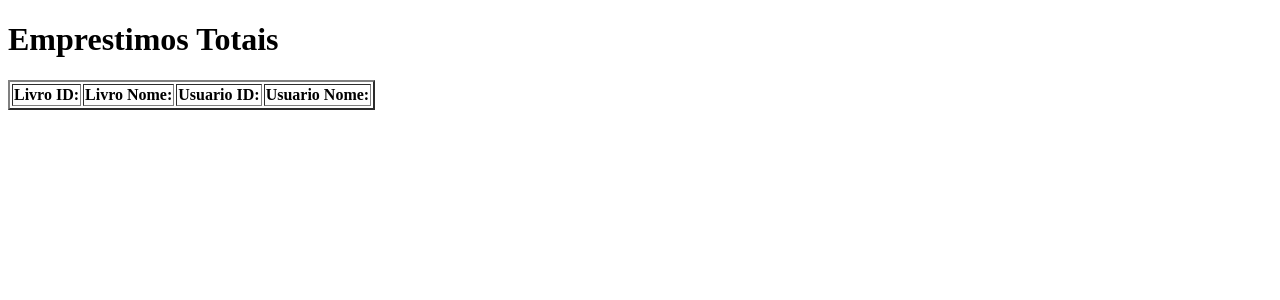
Repository: lmsmorais/ProjectEpiousion
Page: http://localhost/LibraryProject/EmprestimosTotais
These files come from the project's save history. The page is drawn as it stood at one moment and after the next save; the edit follows.
The browser window is 1280 px wide. The pictures show the whole page.
The page is served by Tomcat 9. Other server files are loaded and not shown. Queries for data that is not in the repository find no rows.

Above is the page before, as saved 2020-11-12 17:13:12.

### LibraryProject/WebContent/emprestimosTotais.jsp
<%@ page language="java" contentType="text/html; charset=ISO-8859-1"
    pageEncoding="ISO-8859-1" %>
<!DOCTYPE html>
<%@taglib prefix="c" uri="http://java.sun.com/jsp/jstl/core"%>
<html>
    <head>
        <title>Emprestimos Totais</title>
        <meta charset='UTF-8'>
    </head>
    <body>
        <h1>Emprestimos Totais</h1>
			<table border="2">
					<tr>
						<th>Livro ID:</th>
						<th>Livro Nome:</th>
						<th>Usuario ID:</th>
						<th>Usuario Nome:</th>
					</tr>
	            <c:forEach var="emprestimos" items="${listaEmprestimos}">
	                <tr>
	                    <td><c:out value="${emprestimos.idLivro}"/></td>
	                    <td><c:out value="${emprestimos.nomeLivro}"/></td>
	                    <td><c:out value="${emprestimos.idUsuario}"/></td>
	                    <td><c:out value="${emprestimos.nomeUsuario}"/></td>
	                </tr>
	            </c:forEach>
			</table>
    </body>
</html>

### LibraryProject/src/br/com/epiousion/controller/EmprestimosTotais.java
package br.com.epiousion.controller;

import java.io.IOException;
import java.util.List;

import javax.servlet.RequestDispatcher;
import javax.servlet.ServletException;
import javax.servlet.annotation.WebServlet;
import javax.servlet.http.HttpServlet;
import javax.servlet.http.HttpServletRequest;
import javax.servlet.http.HttpServletResponse;

import br.com.epiousion.bean.Emprestimo;
import br.com.epiousion.dao.EmprestimoDAO;

/**
 * Servlet implementation class EmprestimosTotais
 */
@WebServlet("/EmprestimosTotais")
public class EmprestimosTotais extends HttpServlet {
	private static final long serialVersionUID = 1L;

    /**
     * @see HttpServlet#HttpServlet()
     */
    public EmprestimosTotais() {
        super();
        // TODO Auto-generated constructor stub
    }

	/**
	 * @see HttpServlet#doGet(HttpServletRequest request, HttpServletResponse response)
	 */
	protected void doGet(HttpServletRequest request, HttpServletResponse response) throws ServletException, IOException {
		EmprestimoDAO emprestimos = new EmprestimoDAO();
        List<Emprestimo> emprestimosTotais = null;
        try {
        	emprestimosTotais = emprestimos.emprestimosTotais();

            request.setAttribute("listaEmprestimos", emprestimosTotais);
            RequestDispatcher rd = request.getRequestDispatcher("emprestimosTotais.jsp");
            rd.forward(request, response);

        } catch (Exception e) {
            throw new ServletException(e);
        }
	}

	/**
	 * @see HttpServlet#doPost(HttpServletRequest request, HttpServletResponse response)
	 */
	protected void doPost(HttpServletRequest request, HttpServletResponse response) throws ServletException, IOException {
		// TODO Auto-generated method stub
		doGet(request, response);
	}

}

### LibraryProject/src/br/com/epiousion/dao/EmprestimoDAO.java
package br.com.epiousion.dao;

import java.sql.Connection;
import java.sql.PreparedStatement;
import java.sql.ResultSet;
import java.sql.SQLException;
import java.sql.Statement;
import java.util.ArrayList;
import java.util.List;

import br.com.epiousion.bean.Emprestimo;
import br.com.epiousion.conexao.ConexaoDatasource;

public class EmprestimoDAO {

	public boolean emprestimo(String idLivro, String nomeLivro, String idUsuario, String nomeUsuario) {
		Connection c = ConexaoDatasource.getConexao();
		PreparedStatement ps;

		try {
			ps = c.prepareStatement("insert into library.emprestimos (idLivro,nomeLivro,idUsuario,nomeUsuario) values (?,?,?,?)");

			ps.setString(1, idLivro);
			ps.setString(2, nomeLivro);
			ps.setString(3, idUsuario);
			ps.setString(4, nomeUsuario);

			int Nlinhas = ps.executeUpdate();
			if(Nlinhas > 0) {
				return true;
			} else {
				return false;
			}

		} catch (SQLException e) {
			e.printStackTrace();
		}
		return false;
	}

	public List<Emprestimo> emprestimosTotais(){
		Connection c = null;
		Statement ps = null;
		ResultSet rs = null;

		List<Emprestimo> listaEmpestimos = new ArrayList<Emprestimo>();

		try {
			c = ConexaoDatasource.getConexao();
			ps = c.createStatement();
			rs = ps.executeQuery("select * from library.emprestimos");

			while(rs.next()) {

				Emprestimo emprestimo = new Emprestimo();
				emprestimo.setIdEmprestimo(rs.getInt("idEmprestimo"));
				emprestimo.setIdLivro(rs.getString("idLivro"));
				emprestimo.setNomeLivro(rs.getString("nomeLivro"));
				emprestimo.setIdUsuario(rs.getString("idUsuario"));
				emprestimo.setNomeUsuario(rs.getString("nomeUsuario"));
				listaEmpestimos.add(emprestimo);
			}

		} catch (SQLException e) {
			e.printStackTrace();
		} finally {
			try {
				c.close();
				ps.close();
				rs.close();
			} catch (SQLException e) {
				// TODO Auto-generated catch block
				e.printStackTrace();
			}

		}
		return listaEmpestimos;
	}

	public void removerEmprestimo(String id) {
		Connection c = ConexaoDatasource.getConexao();
		PreparedStatement ps;

		try {
			ps = c.prepareStatement("delete from library.emprestimos where idEmprestimo = ?");

			ps.setString(1, id);

			ps.executeUpdate();

			c.close();
			ps.close();

		} catch (SQLException e) {
			// TODO Auto-generated catch block
			e.printStackTrace();
		}
	}



}

### LibraryProject/src/br/com/epiousion/conexao/ConexaoDatasource.java
package br.com.epiousion.conexao;

import java.sql.Connection;
import java.sql.SQLException;

import javax.naming.Context;
import javax.naming.InitialContext;
import javax.naming.NamingException;
import javax.sql.DataSource;

public class ConexaoDatasource {

	public static Connection getConexao() {

		try {

			Context context = new InitialContext();
			Context env = (Context)context.lookup("java:comp/env");

			DataSource ds = (DataSource)env.lookup("jdbc/library");

			try {

				Connection c = ds.getConnection()	;
				return c;

			} catch (SQLException e) {
				// TODO Auto-generated catch block
				e.printStackTrace();
			}

		} catch (NamingException e) {
			// TODO Auto-generated catch block
			e.printStackTrace();
		}
		return null;
	}
}

After the next save:
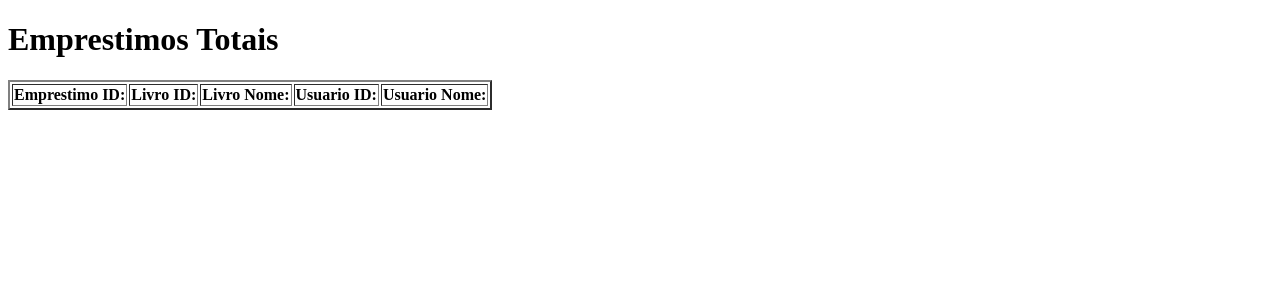
Saved 39 s later.
--- a/LibraryProject/WebContent/emprestimosTotais.jsp
+++ b/LibraryProject/WebContent/emprestimosTotais.jsp
@@ -11,6 +11,7 @@
         <h1>Emprestimos Totais</h1>
 			<table border="2">
 					<tr>
+						<th>Emprestimo ID:</th>
 						<th>Livro ID:</th>
 						<th>Livro Nome:</th>
 						<th>Usuario ID:</th>
@@ -18,6 +19,7 @@
 					</tr>
 	            <c:forEach var="emprestimos" items="${listaEmprestimos}">
 	                <tr>
+	                	<td><c:out value="${emprestimos.idEmprestimo}"/></td>
 	                    <td><c:out value="${emprestimos.idLivro}"/></td>
 	                    <td><c:out value="${emprestimos.nomeLivro}"/></td>
 	                    <td><c:out value="${emprestimos.idUsuario}"/></td>
